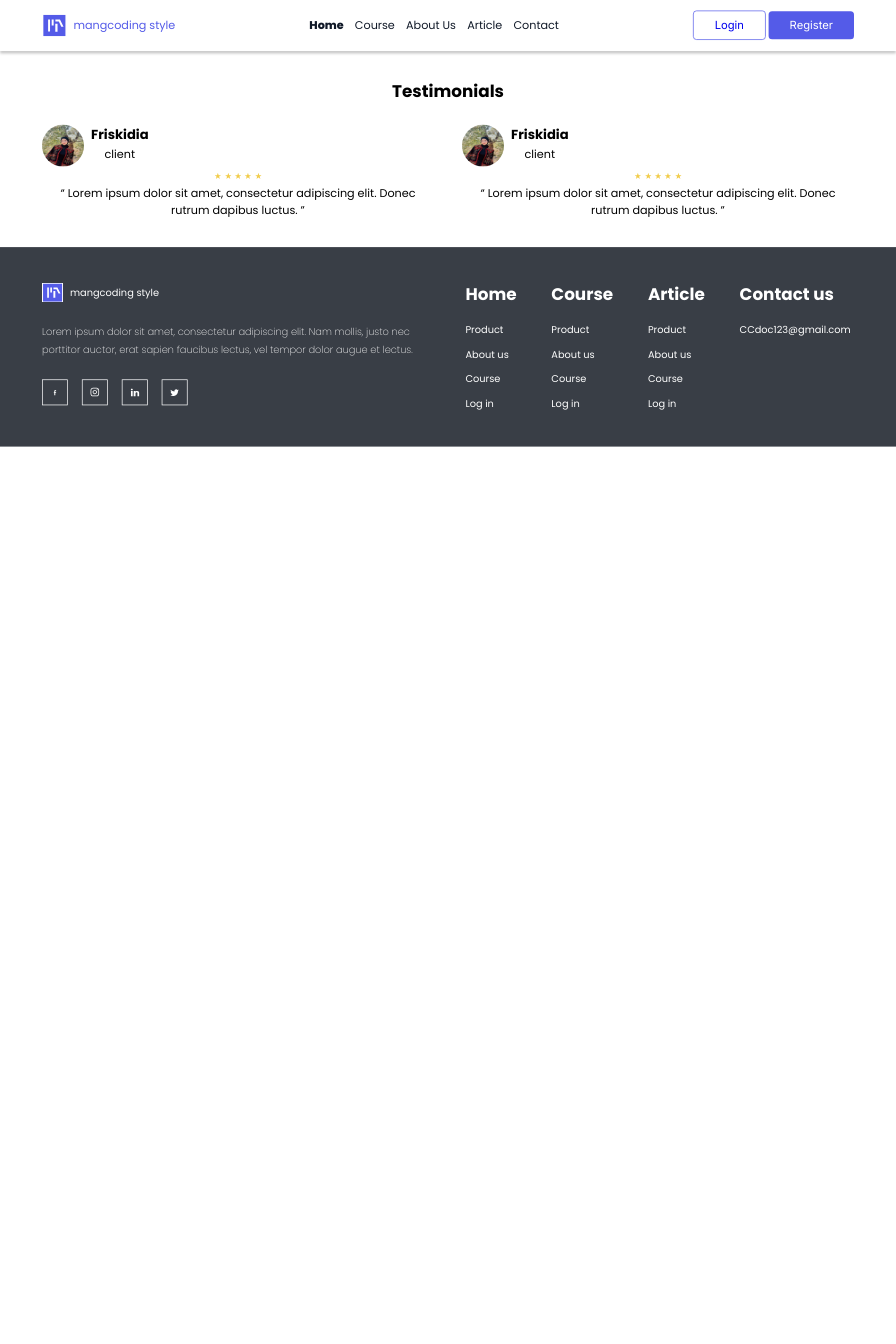
Repository: Dania-Alqam/landing-page
Page: index.html
These files come from the project's save history. The page is drawn as it stood at one moment and after the next save; the edit follows.
The browser window is 1280 px wide. The pictures show the part of the page from y = 0 to 1920 px (the page is 5000 px tall), at 70% of full size.

Above is the page before, as saved 2024-06-22 10:26:48.

After the next save:
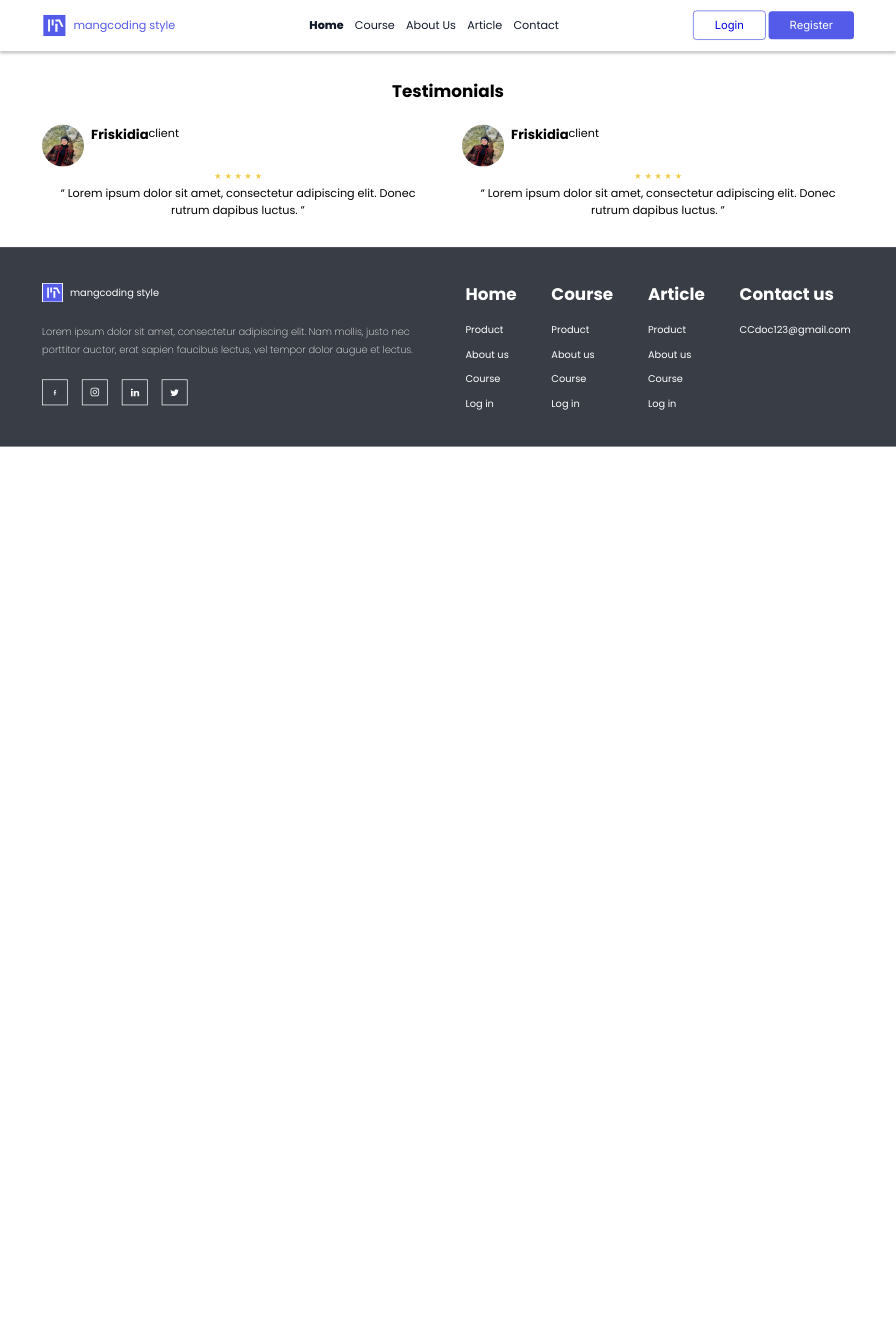
Saved 34 s later.
--- a/assests/css/main.css
+++ b/assests/css/main.css
@@ -85,6 +85,9 @@
     flex-wrap: wrap;
     gap: 10px;
   }
+  .testimonial .user-info .user-data{
+    display: flex;
+  }
 
 /* start footer */
 .footer {

After the save that followed:
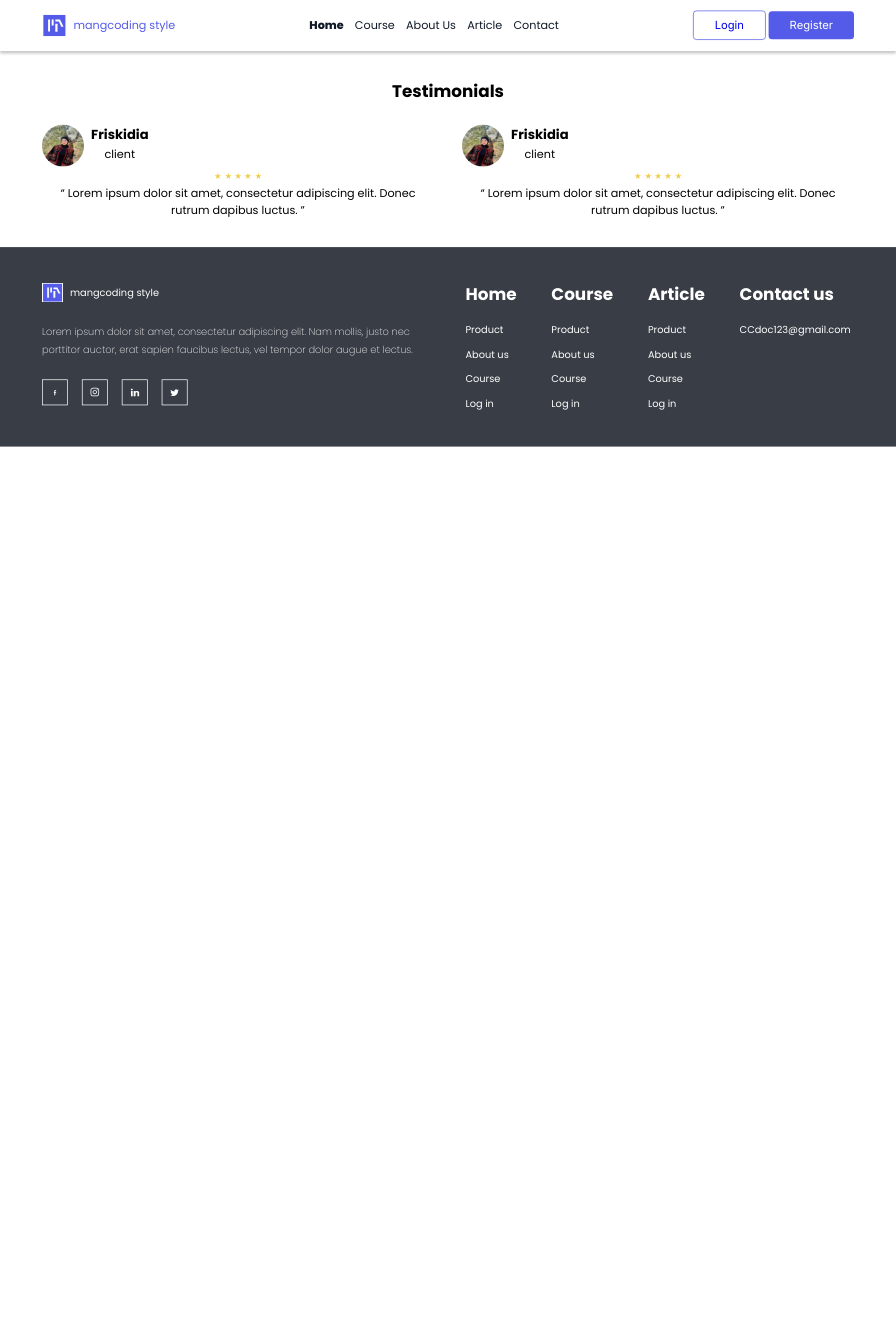
Saved 74 s later.
--- a/assests/css/main.css
+++ b/assests/css/main.css
@@ -87,6 +87,7 @@
   }
   .testimonial .user-info .user-data{
     display: flex;
+    flex-direction: column;
   }
 
 /* start footer */
